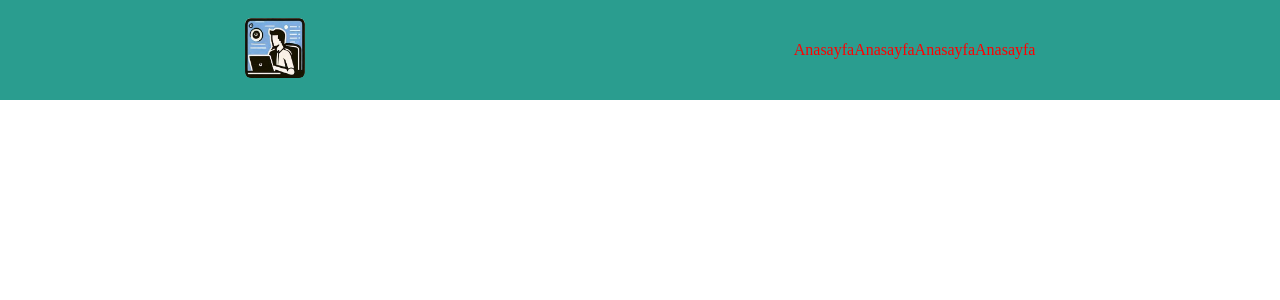
Repository: 0hasandemirtas/react-odev
Page: /
An editor plug-in stored every save of this project. The page is shown before and after the next save, followed by the edit.
The browser window is 1280 px wide. The pictures show the whole page.
The project was rebuilt for these pictures with package versions that can differ from the ones it lists, and the page was loaded fresh each time.

Above is the page before, as saved 2024-06-16 14:15:27.

After the next save:
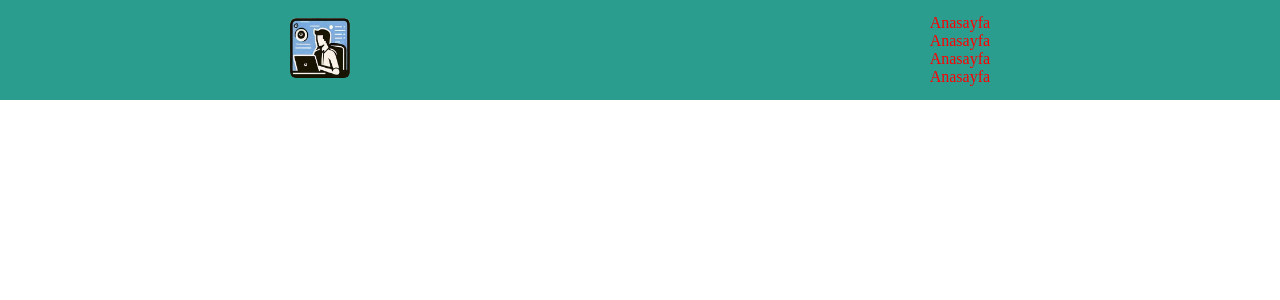
Saved 88 s later.
--- a/src/components/header/stylesheet.js
+++ b/src/components/header/stylesheet.js
@@ -24,7 +24,7 @@
     },
     titleContainer:{
         display:"flex",
-        flexDirection:"colunm",
+        flexDirection:"column",
         justifyContent:"space-between"
     }
 },

After the save that followed:
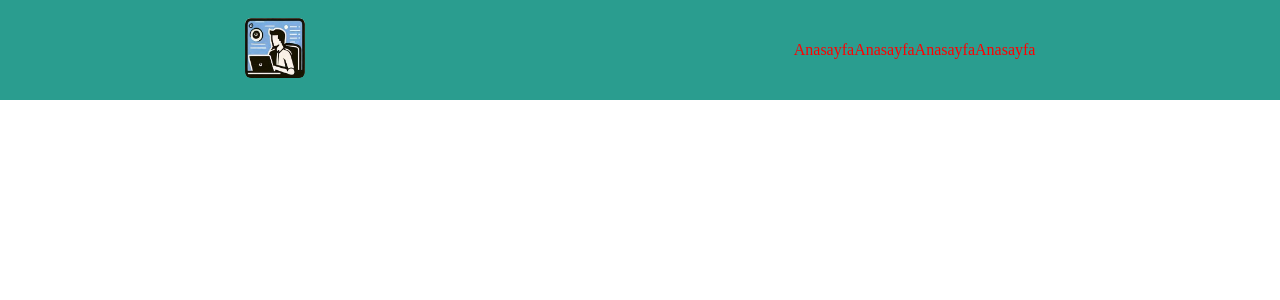
Saved 7 s later.
--- a/src/components/header/stylesheet.js
+++ b/src/components/header/stylesheet.js
@@ -24,7 +24,7 @@
     },
     titleContainer:{
         display:"flex",
-        flexDirection:"column",
+
         justifyContent:"space-between"
     }
 },
